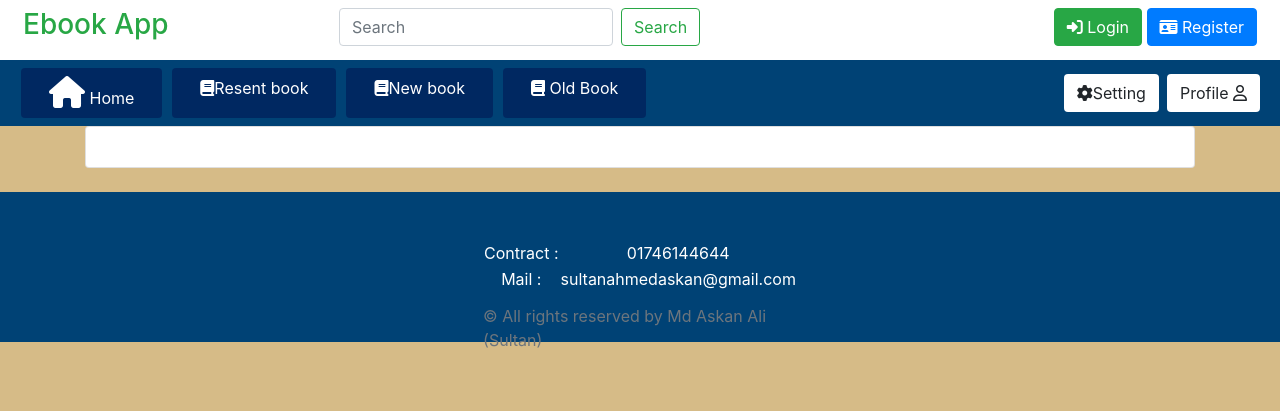
Repository: sultanaskan/EbookApp
Page: http://localhost/ebook/profile.jsp
An editor plug-in stored every save of this project. The page is shown before and after the next save, followed by the edit.
The browser window is 1280 px wide. The pictures show the whole page.
The page is served by Tomcat 9.

Above is the page before, as saved 2024-05-06 07:50:24.

After the next save:
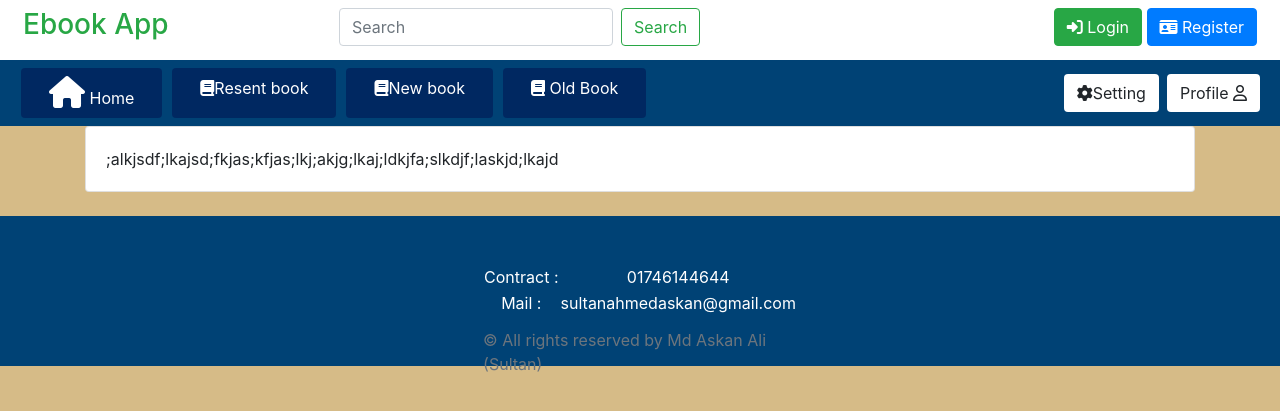
Saved 37 s later.
--- a/ebook/src/main/webapp/profile.jsp
+++ b/ebook/src/main/webapp/profile.jsp
@@ -23,7 +23,9 @@
 
 	<div class="container">
 		<div class="card">
-			<div class="card-body"></div>
+			<div class="card-body">
+			<img alt="" src="">;alkjsdf;lkajsd;fkjas;kfjas;lkj;akjg;lkaj;ldkjfa;slkdjf;laskjd;lkajd
+			</div>
 		</div>
 
 	</div>
